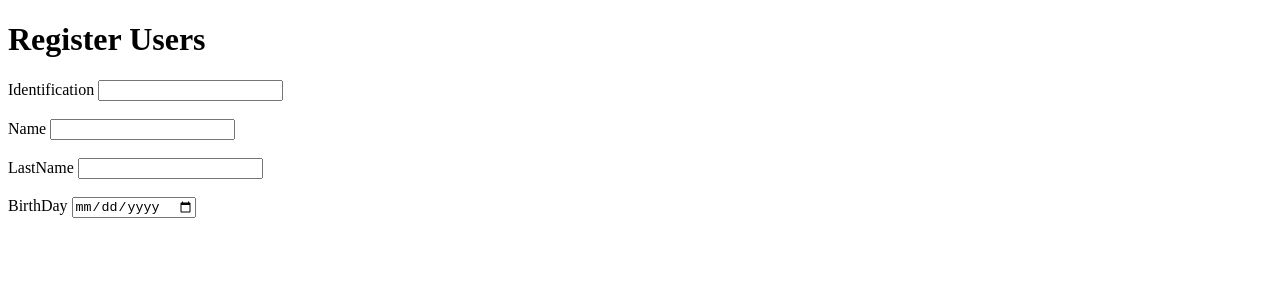
Repository: Andres-Velasco07/app-cym-repo
Page: templates/register.html
The author's editor kept a record of every edit. The page is drawn from the files as they stood at one moment, then again after the next edit.
The browser window is 1280 px wide. The pictures show the whole page.

Above is the page before.

After the next edit:
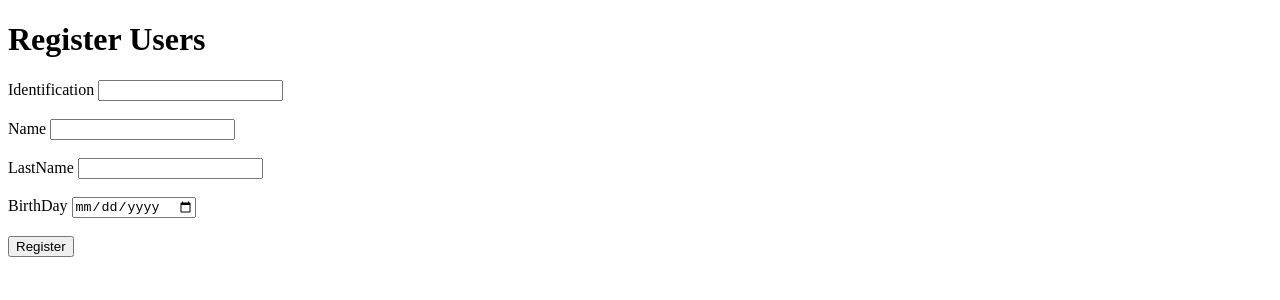
The edit:
--- a/templates/register.html
+++ b/templates/register.html
@@ -11,6 +11,7 @@
             <label>Name</label> <input type="text"/> <br> <br>
             <label>LastName</label> <input type="text"/> <br> <br>
             <label>BirthDay</label> <input type="date"/> <br> <br>
+            <button> Register </button>
         </form>
     </body>
 </html>
